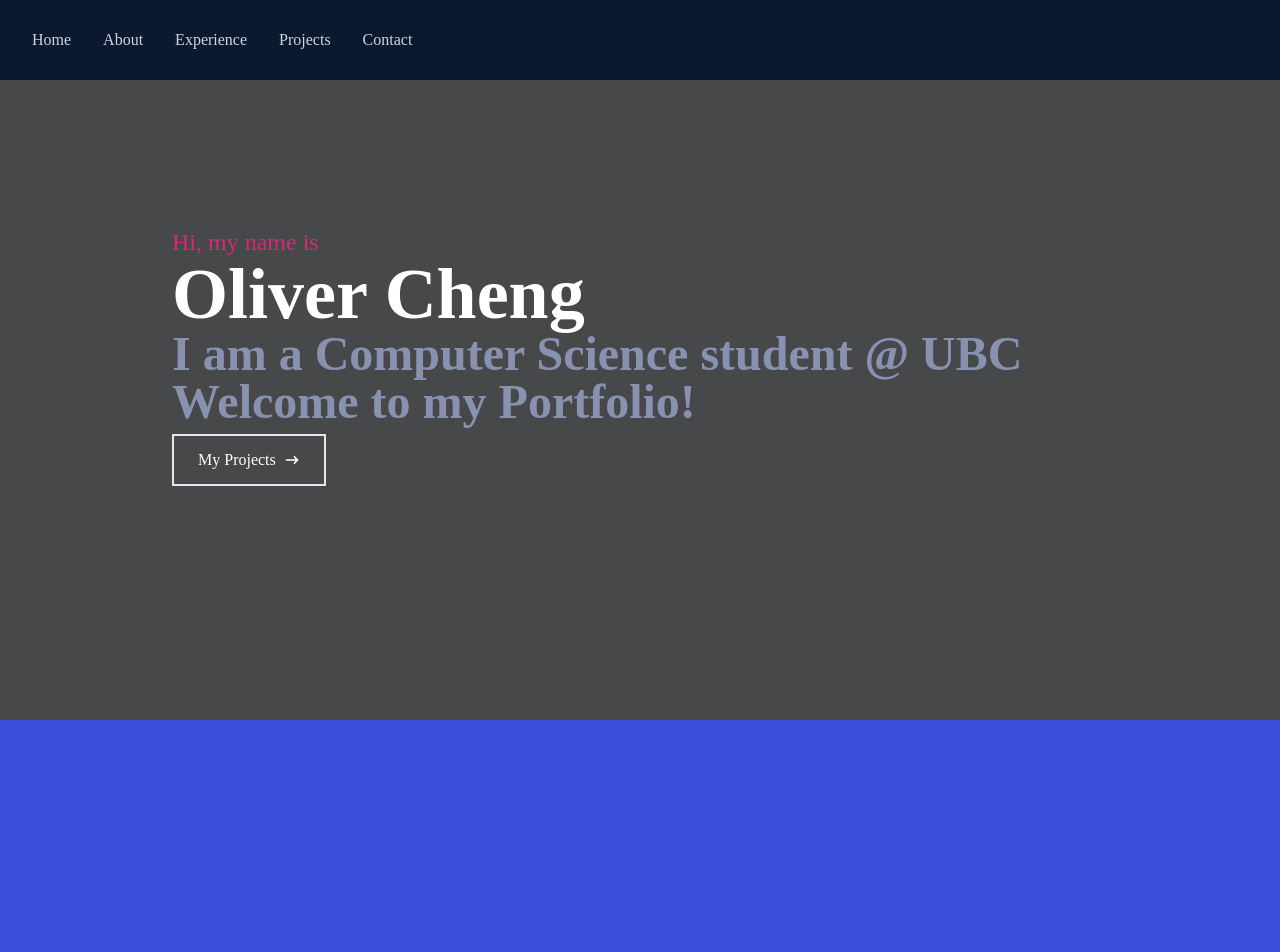
Repository: olichengus/Project-Portfolio
Page: /
The author's editor kept a copy of each file at every save. The page is drawn from the files as they stood at one save, then again after a run of saves.
The browser window is 1280 px wide. The pictures show the part of the page from y = 0 to 952 px (the page is 2160 px tall).
The project was rebuilt for these pictures with package versions that can differ from the ones it lists, and the page was loaded fresh each time.

Above is the page before, as saved 2024-02-09 23:49:54.

After the next 2 saves:
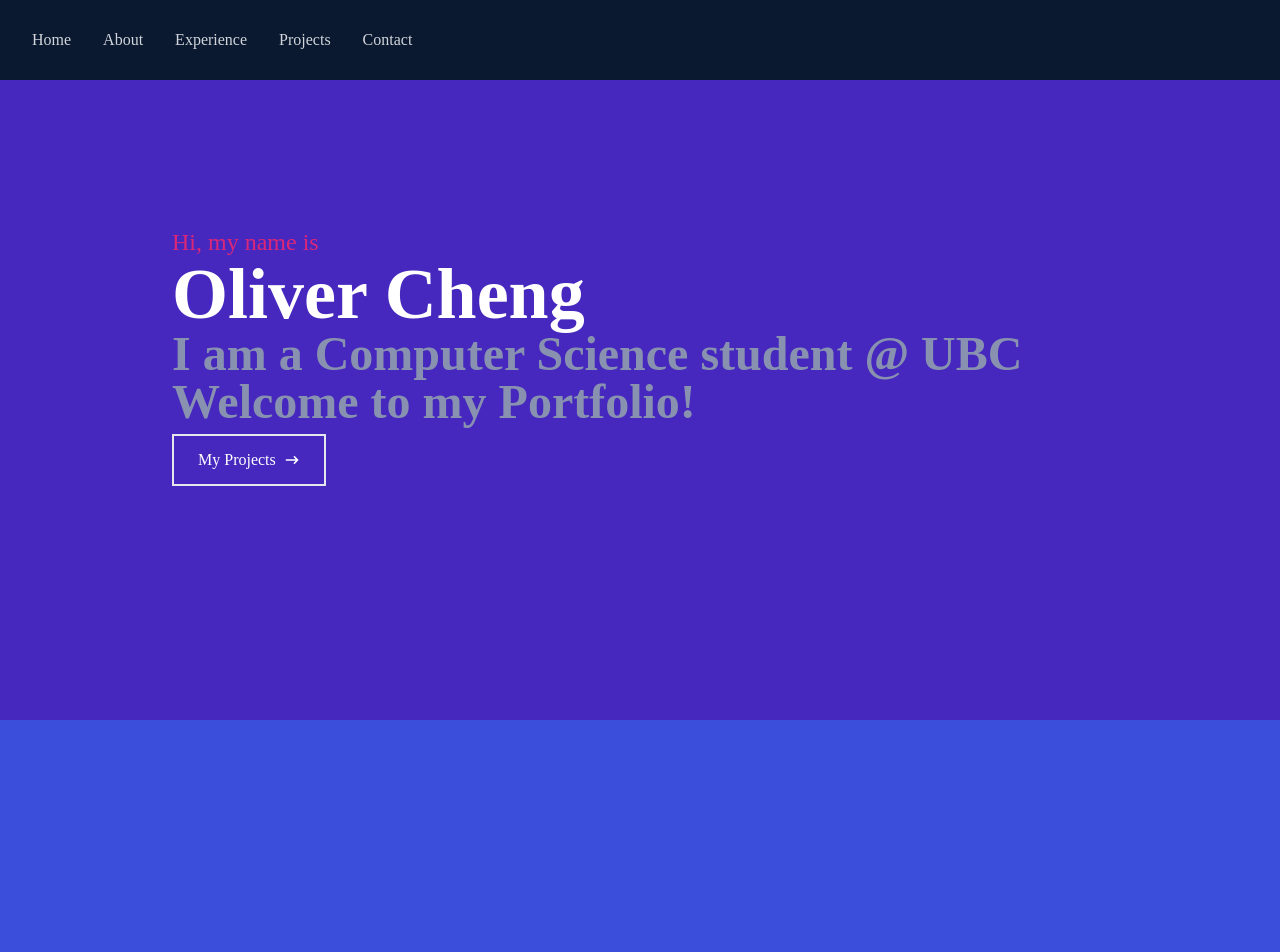
The 2 saves are shown as one change because they came seconds apart.
The last was saved 21 s later.
--- a/src/components/Home.jsx
+++ b/src/components/Home.jsx
@@ -3,7 +3,7 @@ import {HiArrowNarrowRight} from 'react-icons/hi'
 
 const Home = () => {
   return (
-    <div className='w-full h-screen bg-[#47484a]'>
+    <div className='w-full h-screen bg-[#4628be]'>
       {/* Container */}
       <div className='max-w-[1000px] mx-auto px-8 flex flex-col justify-center h-full'>
         <p className='text-pink-600 text-2xl'>Hi, my name is</p>
